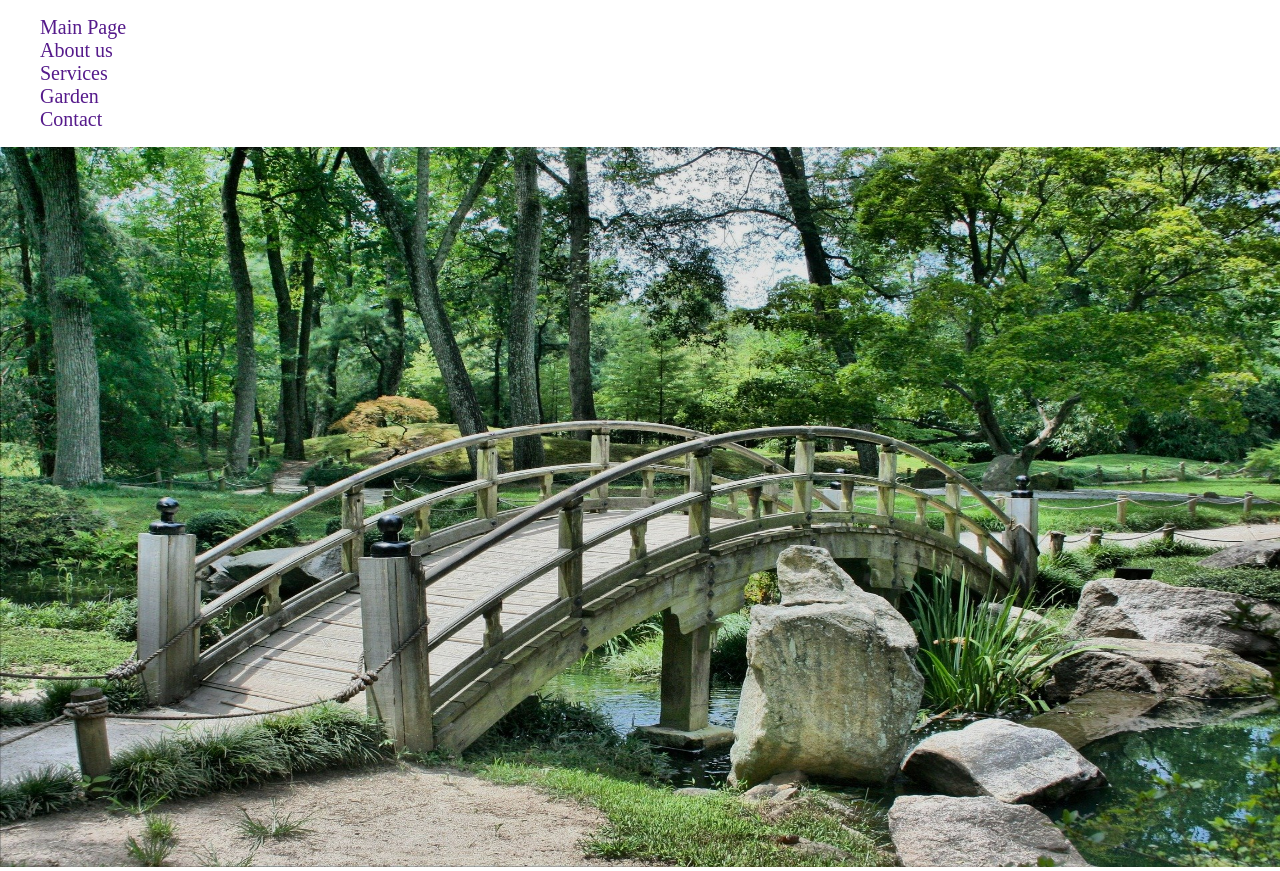
Repository: PatryxB/garden
Page: http://localhost/
An editor plug-in stored every save of this project. The page is shown before and after the next save, followed by the edit.
The browser window is 1280 px wide. The pictures show the whole page.
The page is served by the project's Laravel application, run on PHP 8.4 with Laravel 8. Other server files are loaded and not shown. Style sheets and scripts are compiled from the project's sources, by tool versions that may differ from the author's.

Above is the page before, as saved 2020-05-01 21:00:51.

### resources/views/welcome.blade.php
<!DOCTYPE html>
<html lang="{{ str_replace('_', '-', app()->getLocale()) }}">
    <head>
        <meta charset="utf-8">
        <meta name="viewport" content="width=device-width, initial-scale=1">

        <title>Garden</title>

        <!-- Fonts -->
        <link href="https://fonts.googleapis.com/css?family=Nunito:200,600" rel="stylesheet">
        <link rel="stylesheet" href="/css/app.css">

    <body>

        <nav>
            <ul>
                <li><a href="">Main Page</a></li>
                <li><a href="">About us</a></li>
                <li><a href="">Services</a></li>
                <li><a href="">Garden</a></li>
                <li><a href="">Contact</a></li>
            </ul>
        </nav>

        <div class="banner">
            <img src="{{url('/img/gardenbanner.jpg')}}" alt="">
        </div>

    </body>
</html>

### resources/sass/app.scss
html, body{
    box-sizing: border-box;
    margin: 0;
    padding: 0;
}
nav{
    width: 100%;
}
nav ul li a{
    text-decoration: none;
    font-size: 20px;
    display: inline-block;
}
li{
    list-style: none;
}
.banner img{
    width: 100%;
    height: 100vh;
    position: relative;
    filter: brightness(90%);
}

Loaded but not shown: routes/web.php (common file)

After the next save:
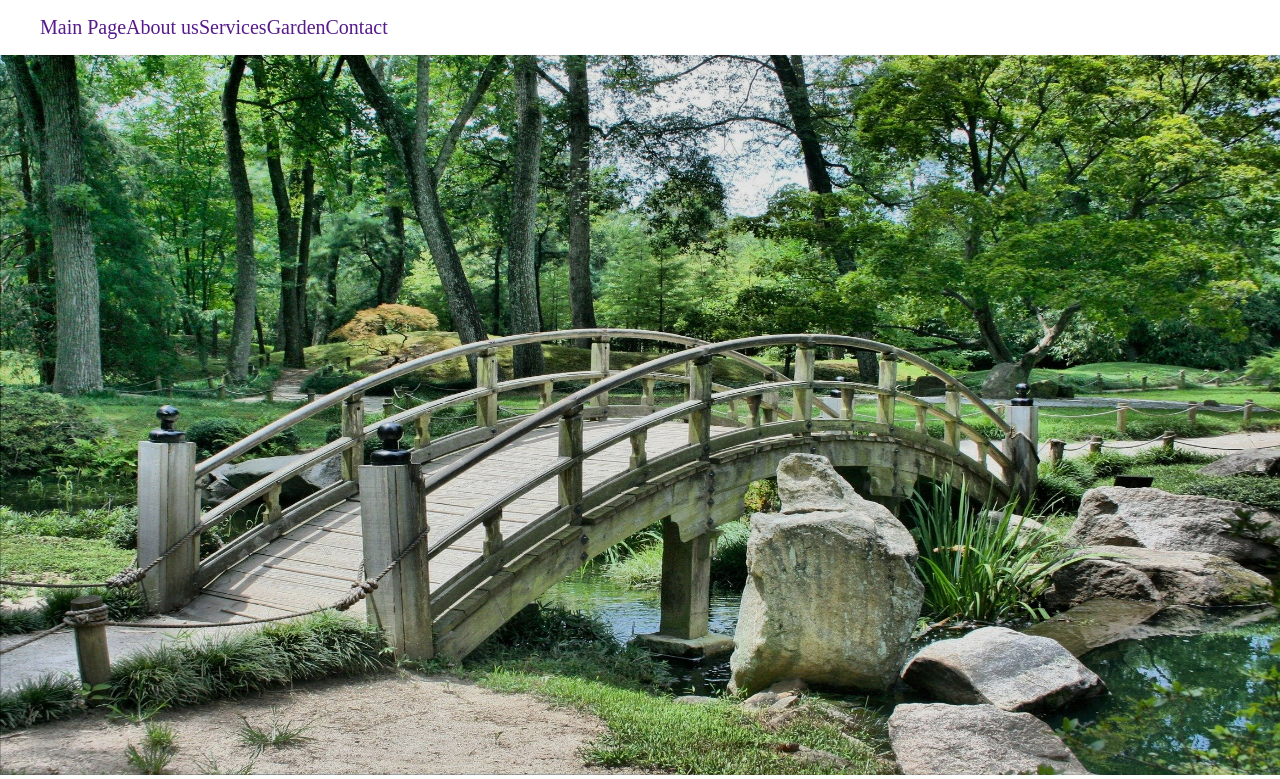
Saved 104 s later.
--- a/resources/sass/app.scss
+++ b/resources/sass/app.scss
@@ -5,6 +5,9 @@ html, body{
 }
 nav{
     width: 100%;
+}
+nav ul{
+    display: flex;
 }
 nav ul li a{
     text-decoration: none;
